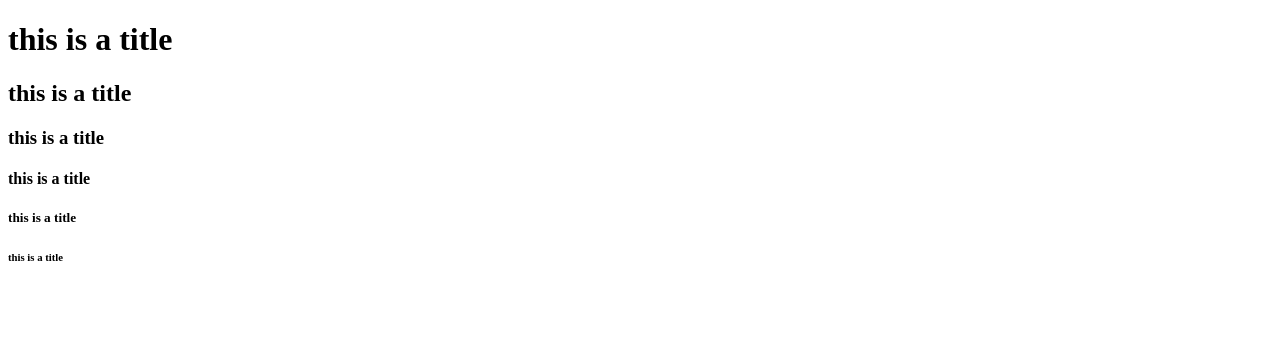
Repository: KelaiAffaf/luffy-courses
Page: index.html
The author's editor kept a copy of each file at every save. The page is drawn from the files as they stood at one save, then again after a run of saves.
The browser window is 1280 px wide. The pictures show the whole page.

Above is the page before, as saved 2024-01-03 14:35:47.

After the next 3 saves:
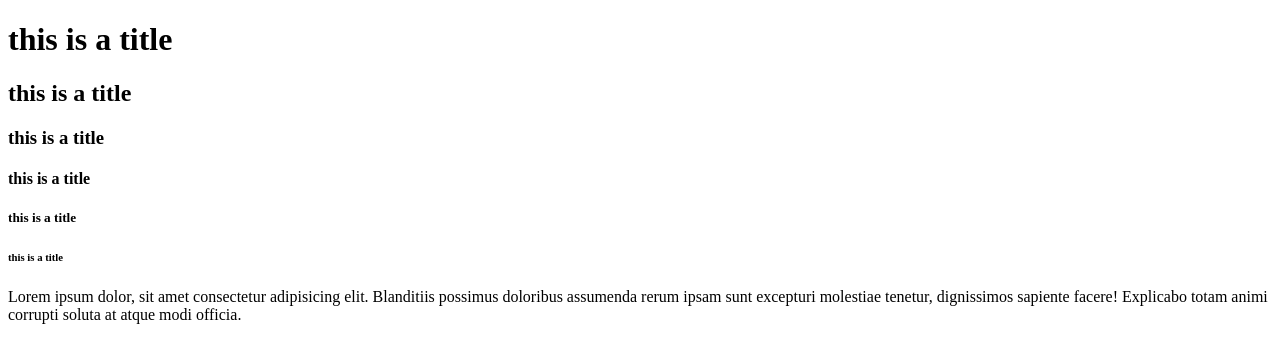
The 3 saves are shown as one change because they came seconds apart.
The last was saved 6 s later.
--- a/index.html
+++ b/index.html
@@ -21,7 +21,7 @@
 
     <!-- Paragraphs -->
 
-    <p></p>
+    <p>Lorem ipsum dolor, sit amet consectetur adipisicing elit. Blanditiis possimus doloribus assumenda rerum ipsam sunt excepturi molestiae tenetur, dignissimos sapiente facere! Explicabo totam animi corrupti soluta at atque modi officia.</p>
 
 </body>
 </html>
